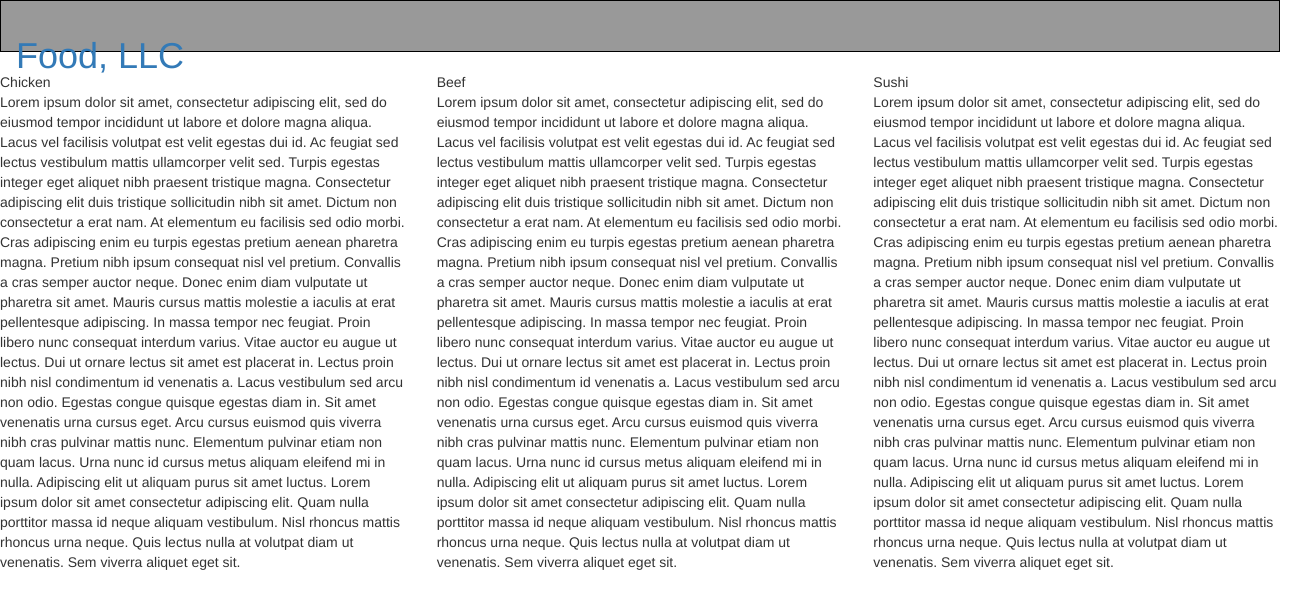
Repository: Cynthia-woo/coursera_frontend_JHU
Page: module3-solution/index.html
The author's editor kept a copy of each file at every save. The page is drawn from the files as they stood at one save, then again after the next save.
The browser window is 1280 px wide. The page is 1295 px wide, so the pictures cover 1295 px, including what lies to the right of the window. The pictures show the whole page.

Above is the page before, as saved 2024-04-20 02:36:19.

### module3-solution/index.html
<!doctype html>
<html lang="en">
  <head>
    <meta charset="utf-8">
    <meta http-equiv="X-UA-Compatible" content="IE=edge">
    <meta name="viewport" content="width=device-width, initial-scale=1">

    <!-- HTML5 shim and Respond.js for IE8 support of HTML5 elements and media queries -->
    <!-- WARNING: Respond.js doesn't work if you view the page via file:// -->
    <!--[if lt IE 9]>
      <script src="https://oss.maxcdn.com/html5shiv/3.7.2/html5shiv.min.js"></script>
      <script src="https://oss.maxcdn.com/respond/1.4.2/respond.min.js"></script>
    <![endif]-->

    <title>Assignment3-solution</title>
    <link rel="stylesheet" href="css/bootstrap.min.css">
    <link rel="stylesheet" href="css/styles.css">
  </head>
<body>
    <header>
        <nav id="header-nav" class="navbar navbar-default">
          <div class="container-fluid">
            <div class="navbar-header">
              <a href="index.html" class="pull-left visible-md visible-lg">
                <div id="logo-img"></div>
              </a>

              <div class="navbar-brand">
                <a href="index.html"><h1>Food, LLC</h1></a>
              </div>

              <button type="button" class="navbar-toggle collapsed" data-toggle="collapse" data-target="#collapsable-nav" aria-expanded="false">
                <span class="sr-only">Toggle navigation</span>
                <span class="icon-bar"></span>
                <span class="icon-bar"></span>
                <span class="icon-bar"></span>
              </button>
            </div>

            <div id="collapsable-nav" class="collapse navbar-collapse hidden-lg hidden-md">
               <ul id="nav-list" class="nav navbar-nav navbar-right">
                <li>
                  <a href="menu-categories.html">
                    <br class="hidden-xs">Chicken</a>
                </li>
                <li>
                  <a href="#">
                    </span><br class="hidden-xs">Beef</a>
                </li>
                <li>
                  <a href="#">
                    <br class="hidden-xs">Sushi</a>
                </li>
              </ul><!-- #nav-list -->
            </div><!-- .collapse .navbar-collapse -->
          </div><!-- .container -->
        </nav><!-- #header-nav -->
      </header>


      <section>
        <div id="home-tiles" class="row">
            <div class="col-md-4 col-sm-6 col-xs-12">
                <div class="dish_title">Chicken</div>
                <div class="dish_detail">Lorem ipsum dolor sit amet, consectetur adipiscing elit, sed do eiusmod tempor incididunt ut labore et dolore magna aliqua. Lacus vel facilisis volutpat est velit egestas dui id. Ac feugiat sed lectus vestibulum mattis ullamcorper velit sed. Turpis egestas integer eget aliquet nibh praesent tristique magna. Consectetur adipiscing elit duis tristique sollicitudin nibh sit amet. Dictum non consectetur a erat nam. At elementum eu facilisis sed odio morbi. Cras adipiscing enim eu turpis egestas pretium aenean pharetra magna. Pretium nibh ipsum consequat nisl vel pretium. Convallis a cras semper auctor neque. Donec enim diam vulputate ut pharetra sit amet. Mauris cursus mattis molestie a iaculis at erat pellentesque adipiscing. In massa tempor nec feugiat. Proin libero nunc consequat interdum varius. Vitae auctor eu augue ut lectus.

                    Dui ut ornare lectus sit amet est placerat in. Lectus proin nibh nisl condimentum id venenatis a. Lacus vestibulum sed arcu non odio. Egestas congue quisque egestas diam in. Sit amet venenatis urna cursus eget. Arcu cursus euismod quis viverra nibh cras pulvinar mattis nunc. Elementum pulvinar etiam non quam lacus. Urna nunc id cursus metus aliquam eleifend mi in nulla. Adipiscing elit ut aliquam purus sit amet luctus. Lorem ipsum dolor sit amet consectetur adipiscing elit. Quam nulla porttitor massa id neque aliquam vestibulum. Nisl rhoncus mattis rhoncus urna neque. Quis lectus nulla at volutpat diam ut venenatis. Sem viverra aliquet eget sit.</div>
            </div>
            <div class="col-md-4 col-sm-6 col-xs-12">
                <div class="dish_title">Beef</div>
                <div class="dish_detail">Lorem ipsum dolor sit amet, consectetur adipiscing elit, sed do eiusmod tempor incididunt ut labore et dolore magna aliqua. Lacus vel facilisis volutpat est velit egestas dui id. Ac feugiat sed lectus vestibulum mattis ullamcorper velit sed. Turpis egestas integer eget aliquet nibh praesent tristique magna. Consectetur adipiscing elit duis tristique sollicitudin nibh sit amet. Dictum non consectetur a erat nam. At elementum eu facilisis sed odio morbi. Cras adipiscing enim eu turpis egestas pretium aenean pharetra magna. Pretium nibh ipsum consequat nisl vel pretium. Convallis a cras semper auctor neque. Donec enim diam vulputate ut pharetra sit amet. Mauris cursus mattis molestie a iaculis at erat pellentesque adipiscing. In massa tempor nec feugiat. Proin libero nunc consequat interdum varius. Vitae auctor eu augue ut lectus.

                    Dui ut ornare lectus sit amet est placerat in. Lectus proin nibh nisl condimentum id venenatis a. Lacus vestibulum sed arcu non odio. Egestas congue quisque egestas diam in. Sit amet venenatis urna cursus eget. Arcu cursus euismod quis viverra nibh cras pulvinar mattis nunc. Elementum pulvinar etiam non quam lacus. Urna nunc id cursus metus aliquam eleifend mi in nulla. Adipiscing elit ut aliquam purus sit amet luctus. Lorem ipsum dolor sit amet consectetur adipiscing elit. Quam nulla porttitor massa id neque aliquam vestibulum. Nisl rhoncus mattis rhoncus urna neque. Quis lectus nulla at volutpat diam ut venenatis. Sem viverra aliquet eget sit.</div>
            </div>
            <div class="col-md-4 col-sm-6 col-xs-12">
                <div class="dish_title">Sushi</div>
                <div class="dish_detail">Lorem ipsum dolor sit amet, consectetur adipiscing elit, sed do eiusmod tempor incididunt ut labore et dolore magna aliqua. Lacus vel facilisis volutpat est velit egestas dui id. Ac feugiat sed lectus vestibulum mattis ullamcorper velit sed. Turpis egestas integer eget aliquet nibh praesent tristique magna. Consectetur adipiscing elit duis tristique sollicitudin nibh sit amet. Dictum non consectetur a erat nam. At elementum eu facilisis sed odio morbi. Cras adipiscing enim eu turpis egestas pretium aenean pharetra magna. Pretium nibh ipsum consequat nisl vel pretium. Convallis a cras semper auctor neque. Donec enim diam vulputate ut pharetra sit amet. Mauris cursus mattis molestie a iaculis at erat pellentesque adipiscing. In massa tempor nec feugiat. Proin libero nunc consequat interdum varius. Vitae auctor eu augue ut lectus.

                    Dui ut ornare lectus sit amet est placerat in. Lectus proin nibh nisl condimentum id venenatis a. Lacus vestibulum sed arcu non odio. Egestas congue quisque egestas diam in. Sit amet venenatis urna cursus eget. Arcu cursus euismod quis viverra nibh cras pulvinar mattis nunc. Elementum pulvinar etiam non quam lacus. Urna nunc id cursus metus aliquam eleifend mi in nulla. Adipiscing elit ut aliquam purus sit amet luctus. Lorem ipsum dolor sit amet consectetur adipiscing elit. Quam nulla porttitor massa id neque aliquam vestibulum. Nisl rhoncus mattis rhoncus urna neque. Quis lectus nulla at volutpat diam ut venenatis. Sem viverra aliquet eget sit.</div>
            </div>
      </section>


  <!-- jQuery (Bootstrap JS plugins depend on it) -->
  <script src="js/jquery-1.11.3.min.js"></script>
  <script src="js/bootstrap.min.js"></script>
  <script src="js/script.js"></script>
</body>
</html>

### module3-solution/css/styles.css
* {
    margin: 0;
    padding: 0;
    box-sizing: border-box;
}
.navbar-default{
    background-color: #999;
    border: 1px solid black;
    border-radius: 0;
}

Loaded but not shown: module3-solution/css/bootstrap.min.css (library); module3-solution/js/jquery-1.11.3.min.js (library); module3-solution/js/bootstrap.min.js (library); module3-solution/js/script.js (no stored copy; drawn as an empty file)

After the next save:
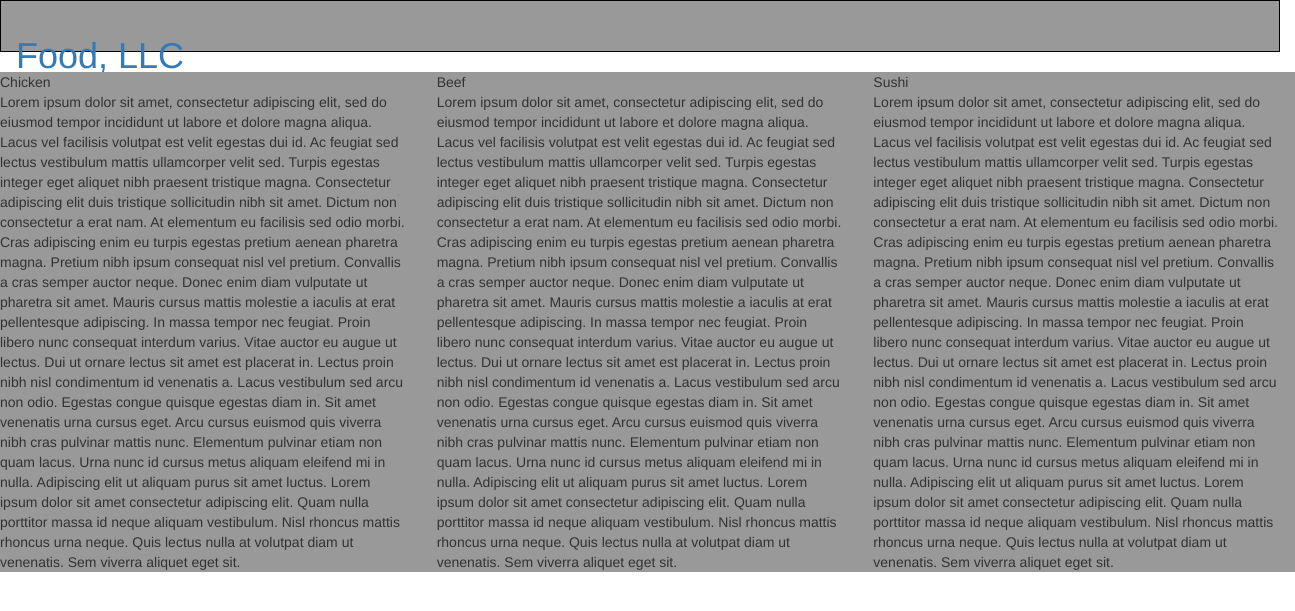
Saved 3 min 53 s later.
--- a/module3-solution/css/styles.css
+++ b/module3-solution/css/styles.css
@@ -8,3 +8,8 @@
     border: 1px solid black;
     border-radius: 0;
 }
+
+
+.col-md-4, .col-sm-6, .col-xs-12 {
+    background-color: #999;
+}
